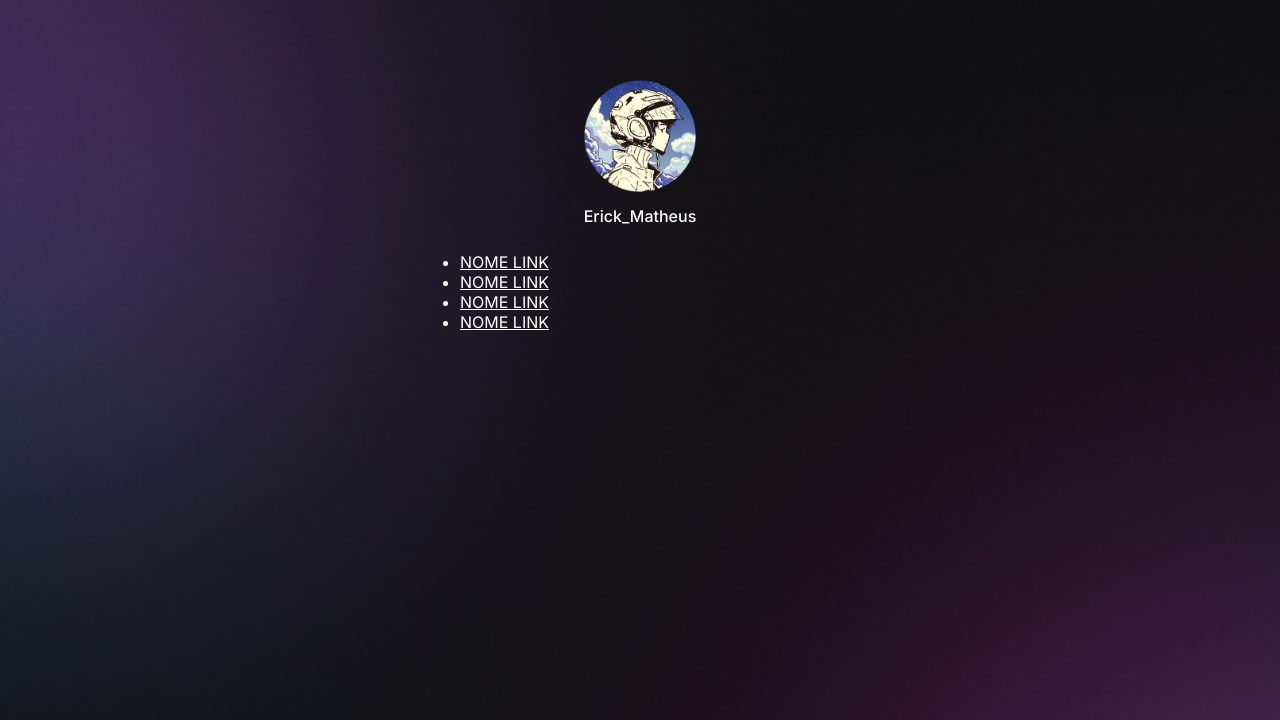
Repository: e-rickmatheus/project_dev_links
Page: index.html
An editor plug-in stored every save of this project. The page is shown before and after a run of saves, followed by the edit.
The browser window is 1280 px wide. The pictures show the whole page.

Above is the page before, as saved 2025-04-02 20:35:06.

After the next 2 saves:
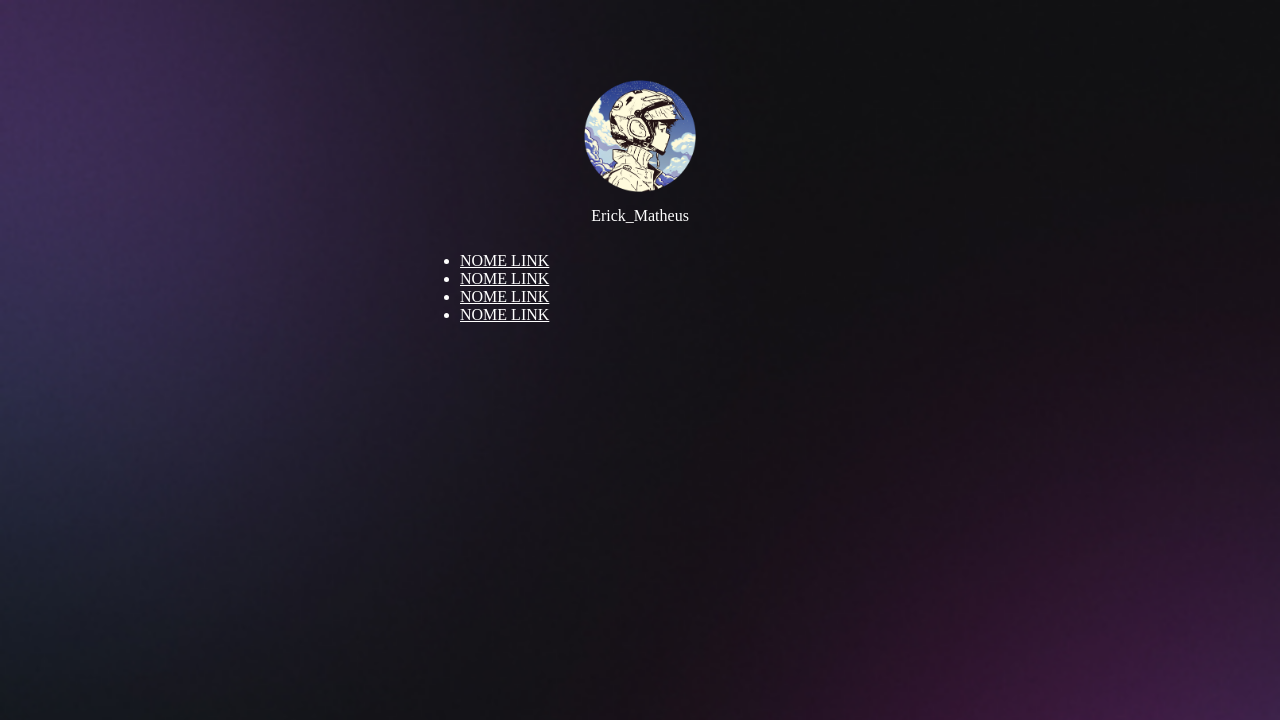
The 2 saves are shown as one change because they came seconds apart.
The last was saved 7 s later.
--- a/style.css
+++ b/style.css
@@ -16,7 +16,7 @@
   background: url(./assets/bg-mobile.jpg) no-repeat top center/cover;
 }
 
-body * {
+body * { */ todos os elementos dentro do body */
   font-family: 'Inter', sans-serif;
   color: #ffffff
 

After the 2 saves that followed:
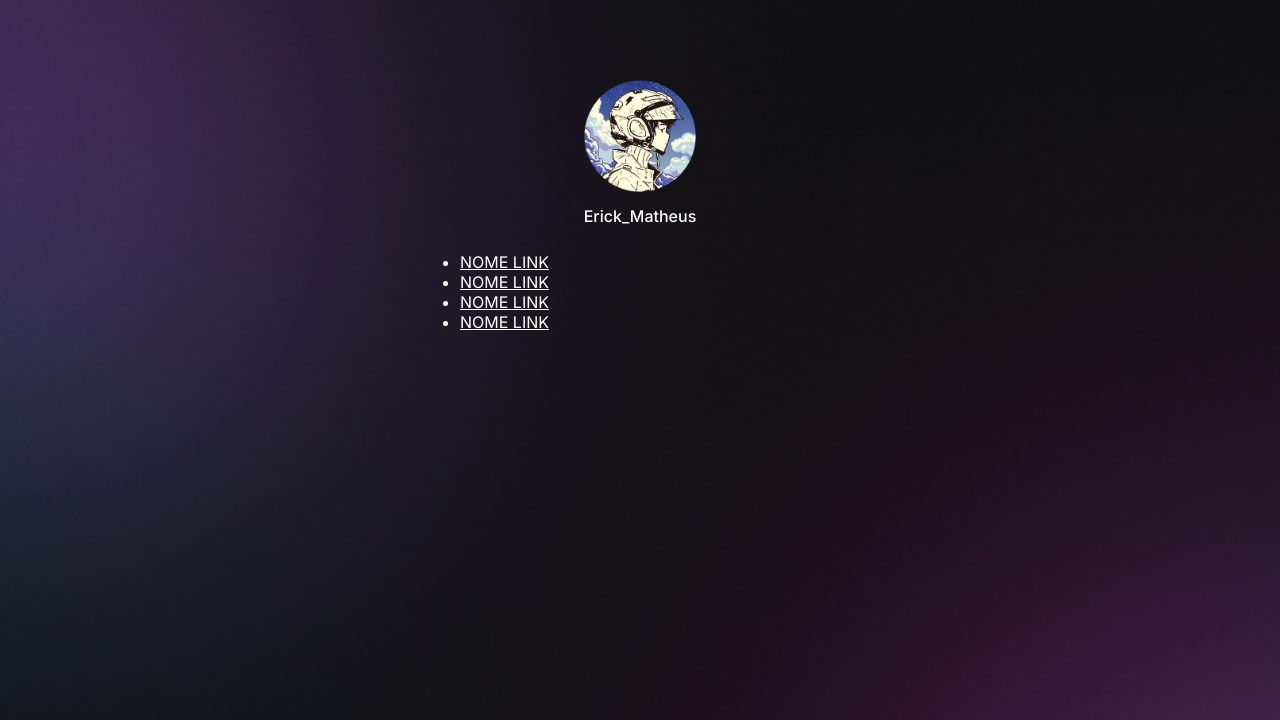
The 2 saves are shown as one change because they came seconds apart.
The last was saved 6 s later.
--- a/style.css
+++ b/style.css
@@ -16,7 +16,7 @@
   background: url(./assets/bg-mobile.jpg) no-repeat top center/cover;
 }
 
-body * { */ todos os elementos dentro do body */
+body * { /* todos os elementos dentro do body */
   font-family: 'Inter', sans-serif;
   color: #ffffff
 
